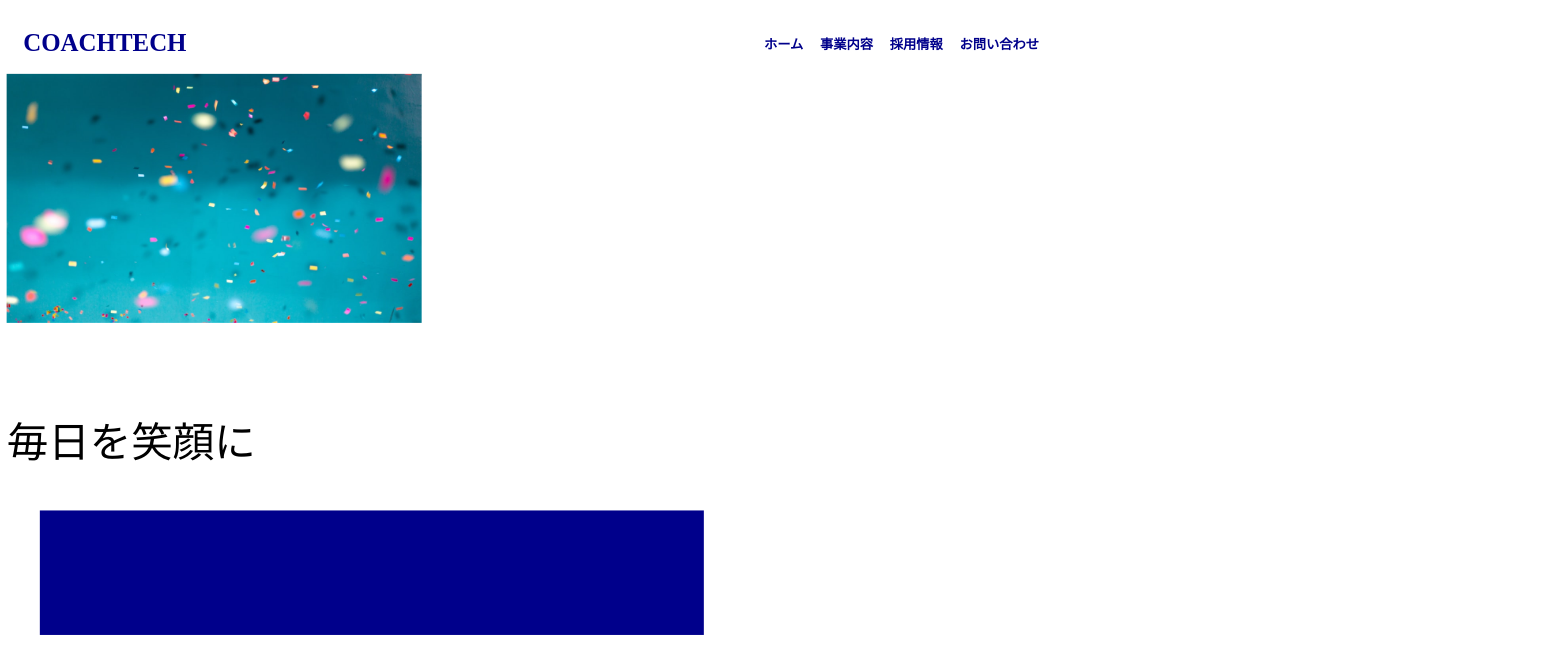
Repository: moro-ayu3/20230213_morohoshi
Page: index.html
The author's editor kept a copy of each file at every save. The page is drawn from the files as they stood at one save, then again after a run of saves.
The browser window is 1280 px wide. The page is 1280 px wide, then 1872 px, so the pictures cover 1872 px, including what lies to the right of the window. The pictures show the whole page, at 83% of full size.

Above is the page before, as saved 2023-02-14 21:27:11.

After the next 3 saves:
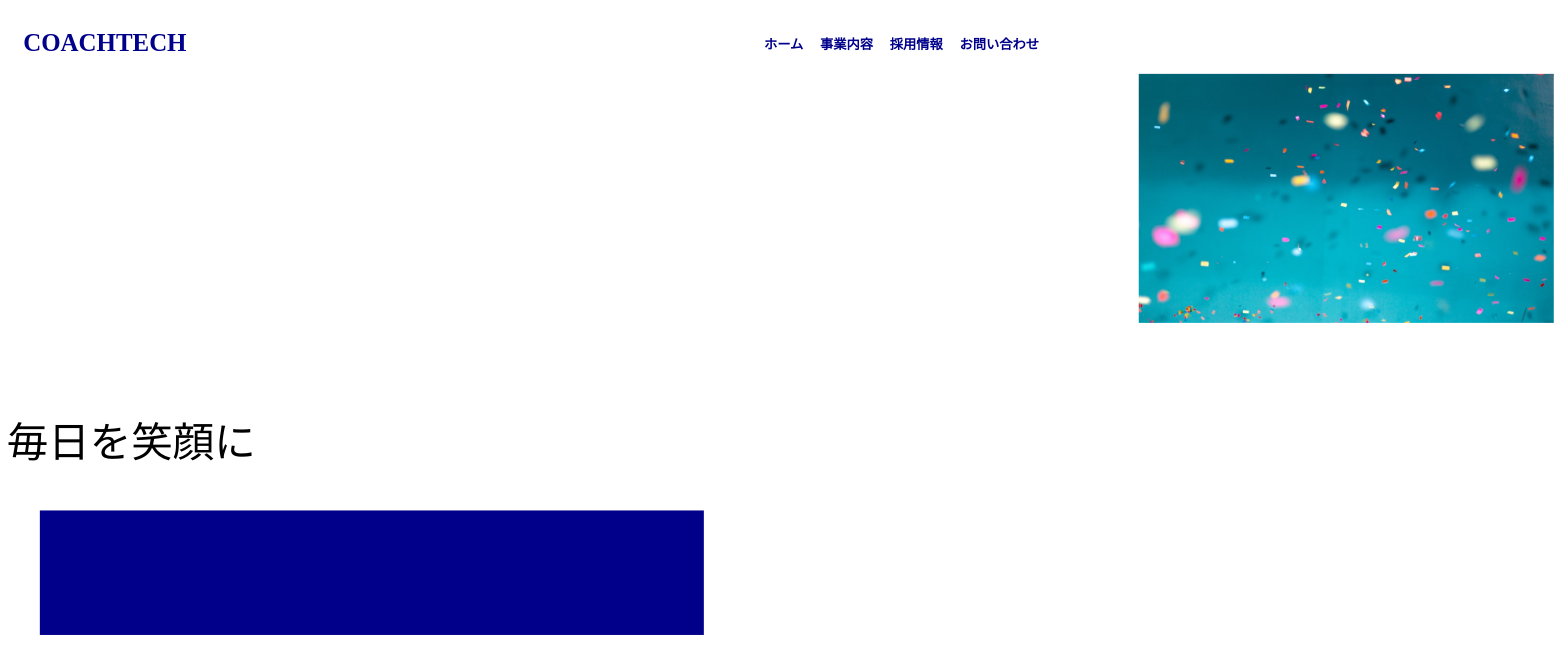
The 3 saves are shown as one change because they came seconds apart.
The last was saved 24 s later.
--- a/style.css
+++ b/style.css
@@ -29,7 +29,7 @@
   margin-top: 50px;
   position: relative;
   bottom: 50px;
-  left:
+  left: 600px;
   text-align: right;
   z-index: 10;
 }
